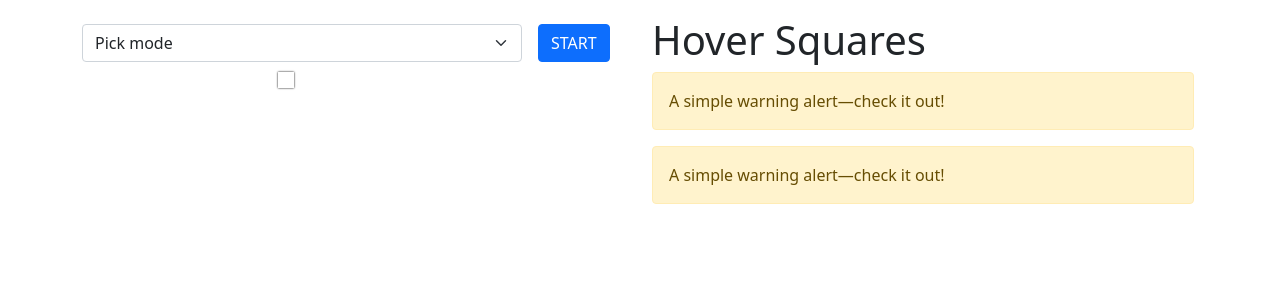
Repository: tsydikov/StarNaviTestTask
Page: /
An editor plug-in stored every save of this project. The page is shown before and after the next save, followed by the edit.
The browser window is 1280 px wide. The pictures show the whole page.
The project was rebuilt for these pictures with package versions that can differ from the ones it lists, and the page was loaded fresh each time.

Above is the page before, as saved 2021-08-13 15:47:37.

### public/index.html
<!DOCTYPE html>
<html lang="en">
  <head>
    <meta charset="utf-8" />
    <meta name="viewport" content="width=device-width, initial-scale=1" />
    <link href="https://cdn.jsdelivr.net/npm/bootstrap@5.1.0/dist/css/bootstrap.min.css" rel="stylesheet" integrity="sha384-KyZXEAg3QhqLMpG8r+8fhAXLRk2vvoC2f3B09zVXn8CA5QIVfZOJ3BCsw2P0p/We" crossorigin="anonymous">
    <title>React App</title>
  </head>
  <body>
    <noscript>You need to enable JavaScript to run this app.</noscript>
    <div id="root"></div>
  </body>
</html>

### src/index.js
import React from 'react';
import ReactDOM from 'react-dom';
import App from './App';


ReactDOM.render(
  // <React.StrictMode>
    <App />,
  // </React.StrictMode>,
  document.getElementById('root')
);

### src/App.js
import React from 'react'
import './App.css'
// import Alert from './component/Alert';
// import Squares from './component/Squares';
// import GameMode from './component/GameMode';


function App() {


  return (
    <div className="container p-3">
      <div className="row ">
        <div className="col">
          <div className="row">
              <div className="col p-2">
                <select className="form-select p" aria-label="Default select example" defaultValue="0">
                  <option value="0">Pick mode</option>
                  <option value="1">Easy</option>
                  <option value="2">Normal</option>
                  <option value="3">Hard</option>
                </select>

                <button type="button" className="btn btn-primary">START</button>
              </div>
            </div>
          {/* <GameMode /> */}
          <div className="row">
            <div className="col">
              <div className="containerSquares" id="board">
                <div className="square"></div>
              </div>
            </div>
          </div>
          {/* <Squares /> */}
        </div>
        <div className="col">
          <h1>Hover Squares</h1>
          <div className="alert alert-warning" role="alert">
            A simple warning alert—check it out!
          </div>
            <div className="alert alert-warning" role="alert">
              A simple warning alert—check it out!
            </div>
        </div>
        {/* <Alert /> */}
      </div>
    </div>
  );
}

export default App;

### src/App.css
.p {
    float: left;
    width: 80%;
    margin-right: 1rem;
}

.containerSquares {
    display: flex;
    justify-content: center;
    align-items: center;
    flex-wrap: wrap;
    max-width: 400px;
  }

  .square {
    width: 16px;
    height: 16px;
    background: white;
    margin: 2px;
    box-shadow: 0 0 2px #000;
    transition: 2s ease;
  }

After the next save:
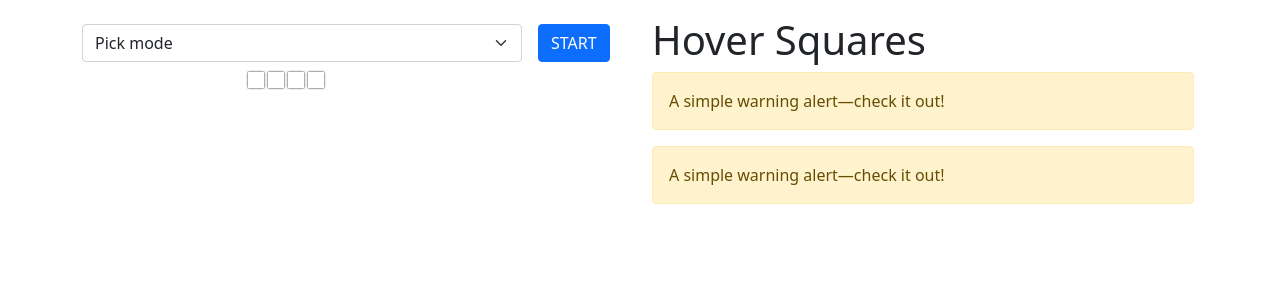
Saved 16 s later.
--- a/src/App.js
+++ b/src/App.js
@@ -29,6 +29,9 @@ function App() {
             <div className="col">
               <div className="containerSquares" id="board">
                 <div className="square"></div>
+                <div className="square"></div>
+                <div className="square"></div>
+                <div className="square"></div>
               </div>
             </div>
           </div>
